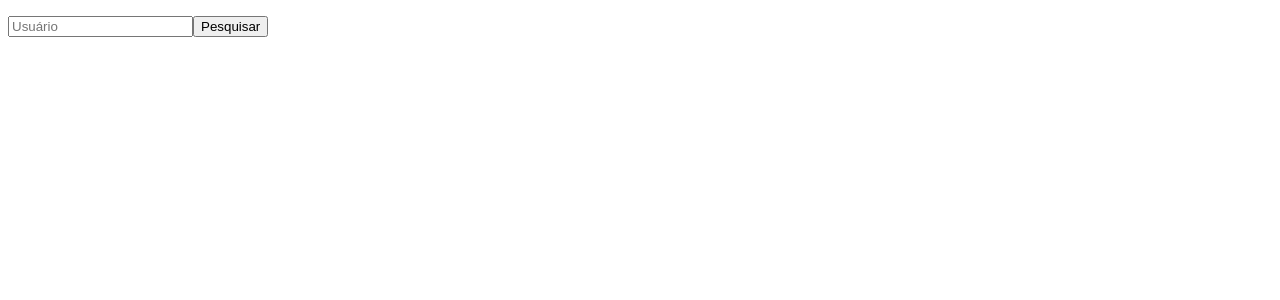
Repository: PauloMarquess/Solicita-o-repositorios-github
Page: /
These files come from the project's save history. The page is drawn as it stood at one moment and after the next save; the edit follows.
The browser window is 1280 px wide. The pictures show the whole page.
The project was rebuilt for these pictures with package versions that can differ from the ones it lists, and the page was loaded fresh each time.

Above is the page before, as saved 2021-07-20 18:44:28.

After the next save:
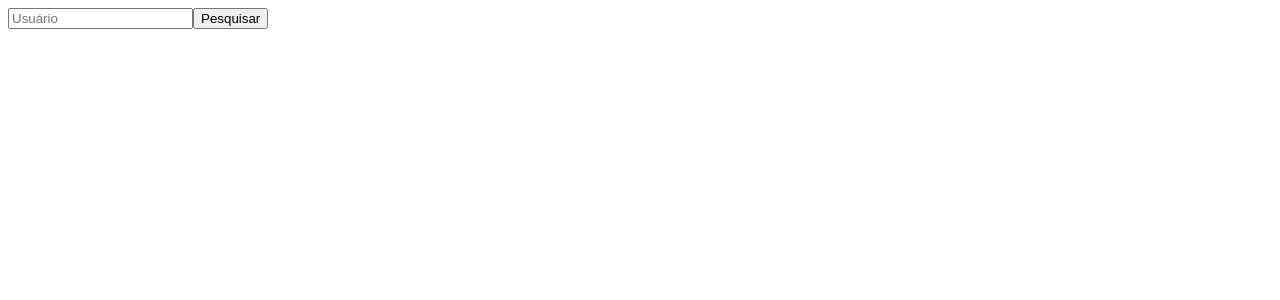
Saved 25 s later.
--- a/src/App.js
+++ b/src/App.js
@@ -9,7 +9,7 @@
 
   }
   return (
-    <>  <p>{usuario}</p>
+    <>
        <input className ="usuarioInput" placeholder='Usuário' value ={usuario} onChange={e =>setUsuario(e.target.value)} />
        <button type="button" onClick ={handlePesquisa}>Pesquisar</button>
     </>

After the 2 saves that followed:
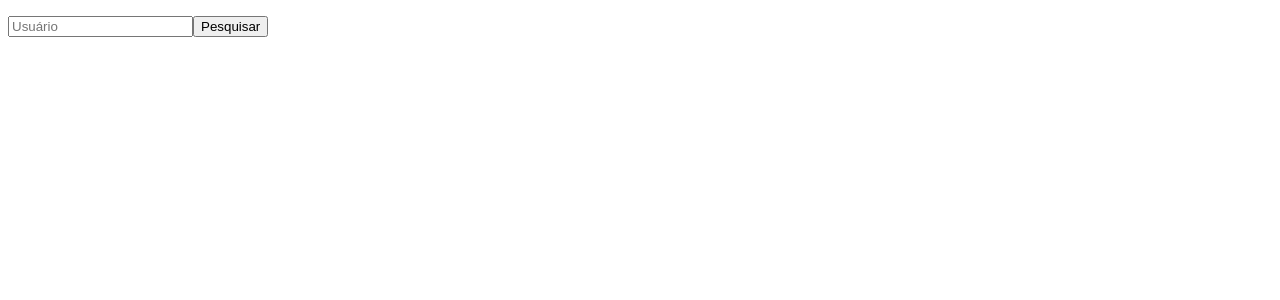
The 2 saves are shown as one change because 1 left the picture as it was.
The last was saved 100 s later.
--- a/src/App.js
+++ b/src/App.js
@@ -1,15 +1,14 @@
 import React, {useState} from "react";
 import axios from "axios";
-
 function App(props) {
   const [ usuario , setUsuario] = useState('');
 
   function handlePesquisa (){
-    axios.get(`https://api.github.com/users/${usuario}/repos`).then(response => console.log(response));
+    console.log (usuario);
 
   }
   return (
-    <>
+    <>  <p>{usuario}</p>
        <input className ="usuarioInput" placeholder='Usuário' value ={usuario} onChange={e =>setUsuario(e.target.value)} />
        <button type="button" onClick ={handlePesquisa}>Pesquisar</button>
     </>
